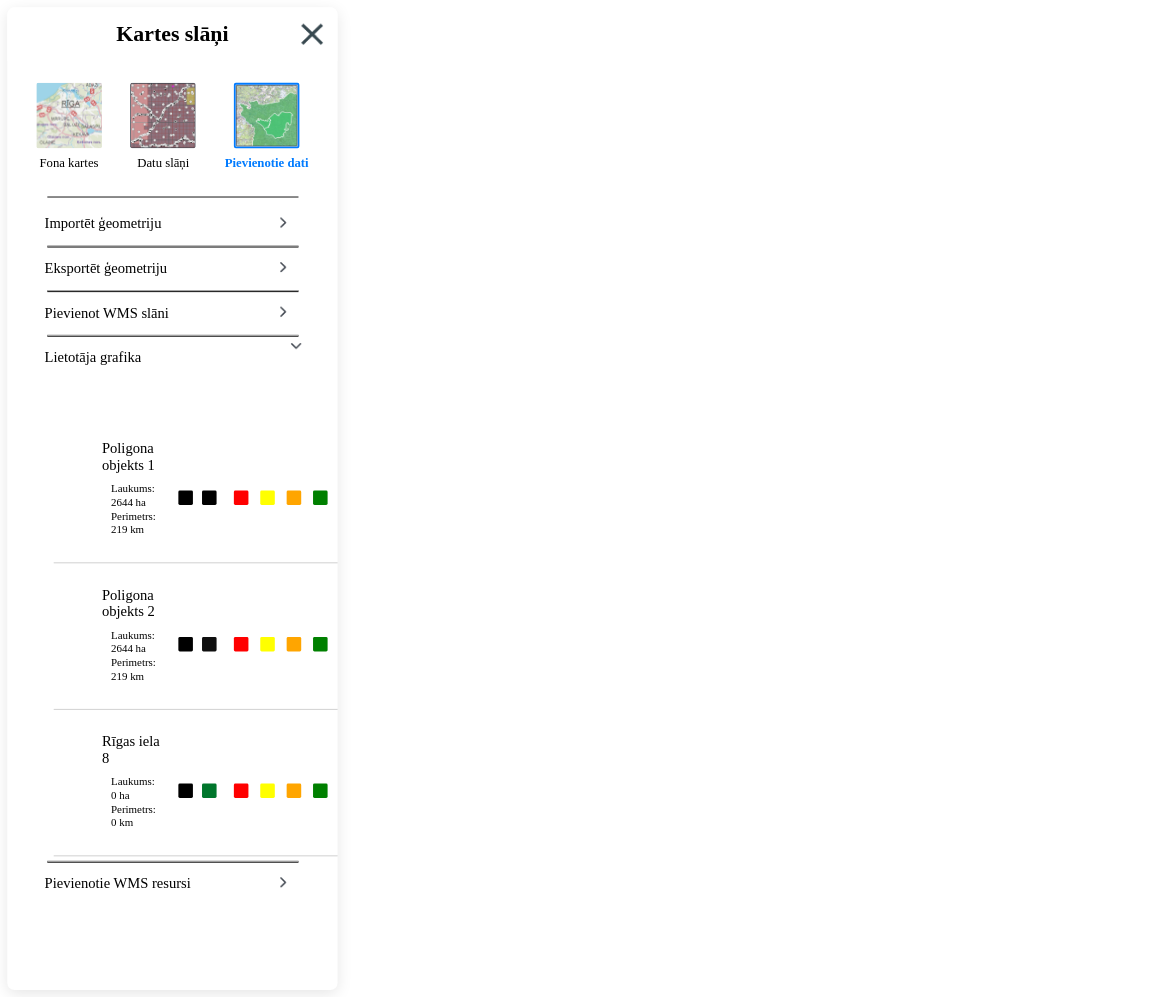
Repository: Kringelis/KP_kar-usl-i
Page: /, after clicking the first element matching `div.sidebar-tabs > :nth-child(3)`
An editor plug-in stored every save of this project. The page is shown before and after the next save, followed by the edit.
The browser window is 1280 px wide. The pictures show the whole page, at 91% of full size.
The project was rebuilt for these pictures with package versions that can differ from the ones it lists, and the page was loaded fresh each time. Also part of the build but not shown: src/components/FonaKartes.scss, src/components/DatuSlani.scss, src/components/DatuSlani.jsx, src/App.scss.

Above is the page before, as saved 2024-06-20 18:35:04.

After the next save:
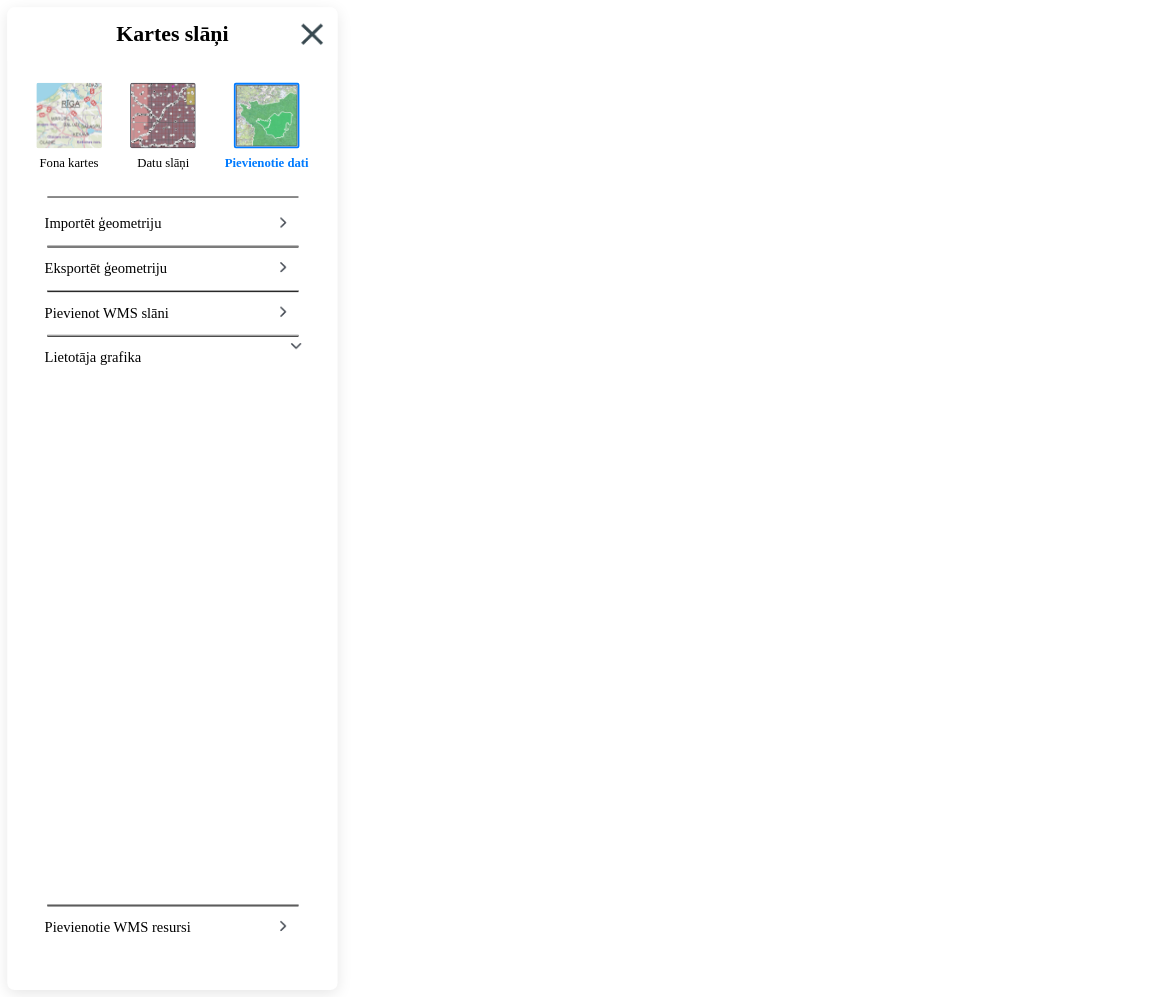
Saved 8 s later.
--- a/src/components/PievienotieDati.scss
+++ b/src/components/PievienotieDati.scss
@@ -23,8 +23,8 @@
 
   .sub-section {
     left: 45px;
-    padding-left: 20px;
-    margin-top: 46px;
+    padding-left: 450px;
+    margin-top: 16px;
     display: flex;
     flex-direction: column;
     align-items: flex-start;
